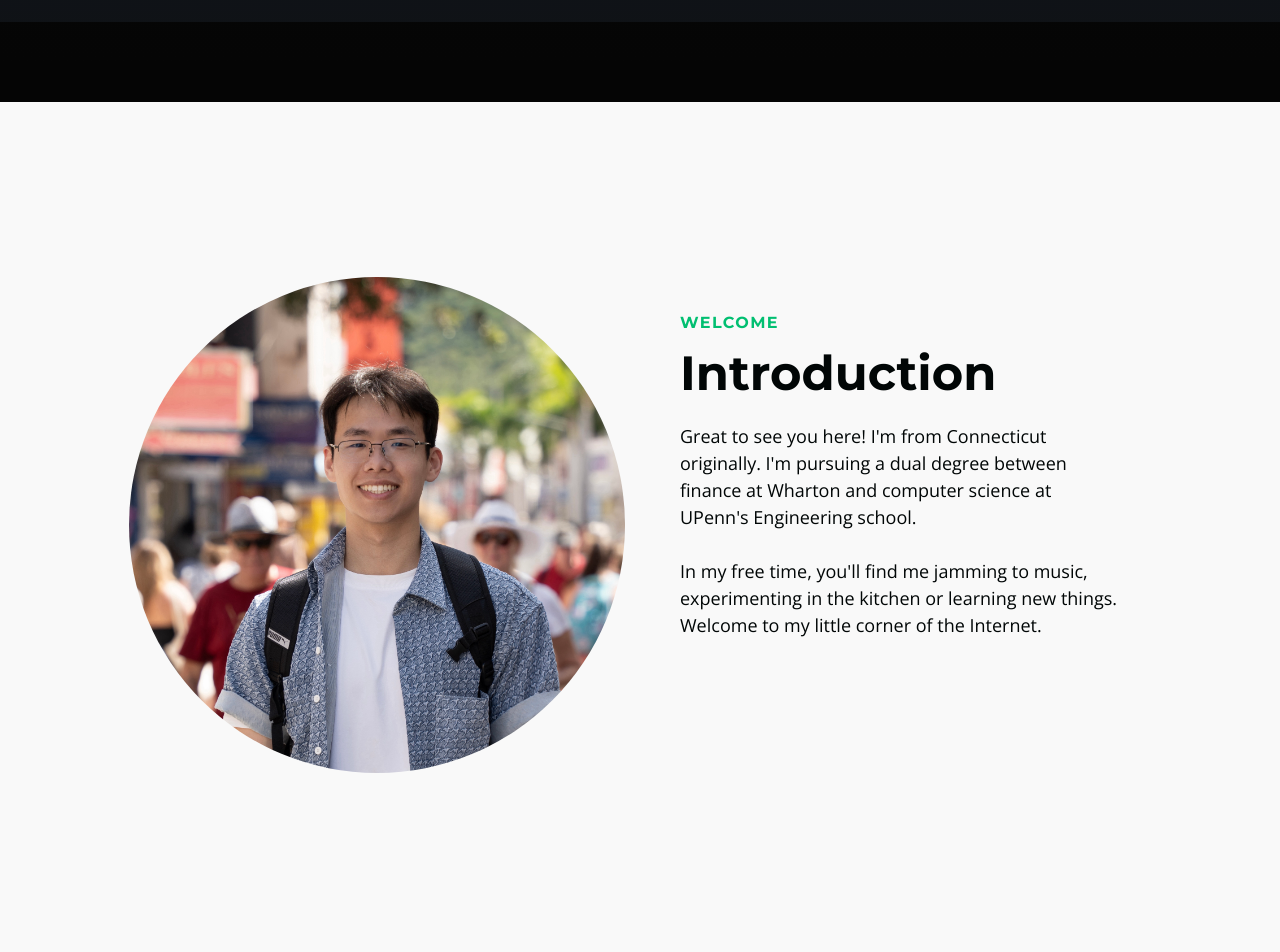
Repository: icer6683/Website
Page: /
An editor plug-in stored every save of this project. The page is shown before and after the next save, followed by the edit.
The browser window is 1280 px wide. The pictures show the part of the page from y = 778 to 1730 px (the page is 5393 px tall).
Pictures or frames that could not be fetched are drawn as grey boxes. The project was rebuilt for these pictures with package versions that can differ from the ones it lists, and the page was loaded fresh each time. Also part of the build but not shown: src/Components/ContactMe/ContactMeElements.js, src/Components/ContactMe/index.js, src/Pages/contactme.js. Imported but missing from the stored project, and not drawn on this page: src/Video/video.mp4.

Above is the page before, as saved 2025-01-24 23:47:24.

After the next save:
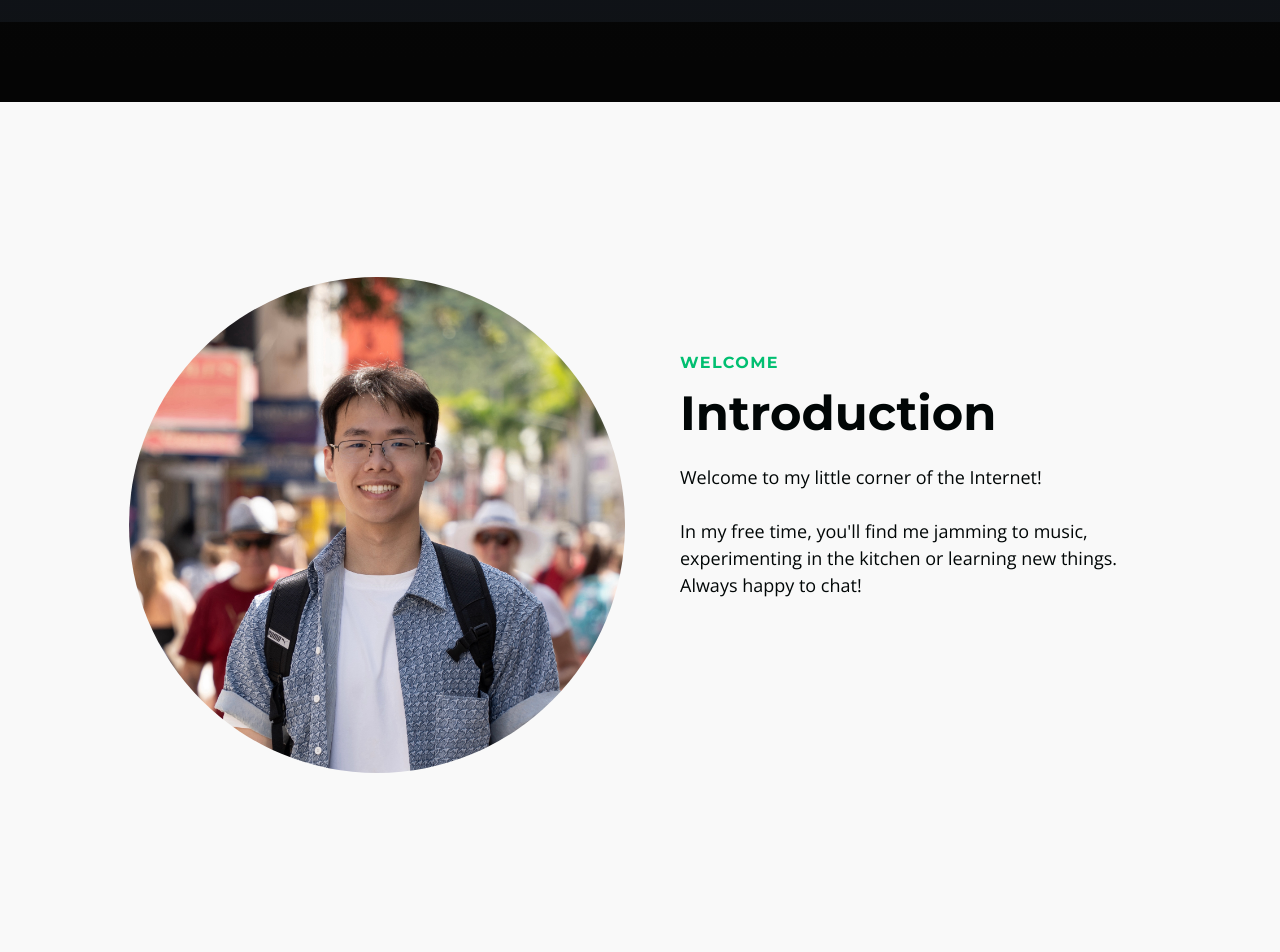
Saved 2 min 20 s later.
--- a/src/Components/Sections/Data.js
+++ b/src/Components/Sections/Data.js
@@ -8,7 +8,7 @@ export const homeObjOne = {
     lightTextDesc: false,
     topLine: 'Welcome',
     headline: "Introduction",
-    description: "Great to see you here! I'm from Connecticut originally. I'm pursuing a dual degree between finance at Wharton and computer science at UPenn's Engineering school. \n\nIn my free time, you'll find me jamming to music, experimenting in the kitchen or learning new things. Welcome to my little corner of the Internet. ",
+    description: "Welcome to my little corner of the Internet! \n\nIn my free time, you'll find me jamming to music, experimenting in the kitchen or learning new things. Always happy to chat!",
     shape: false,
     imgStart: true,
     img: face,
